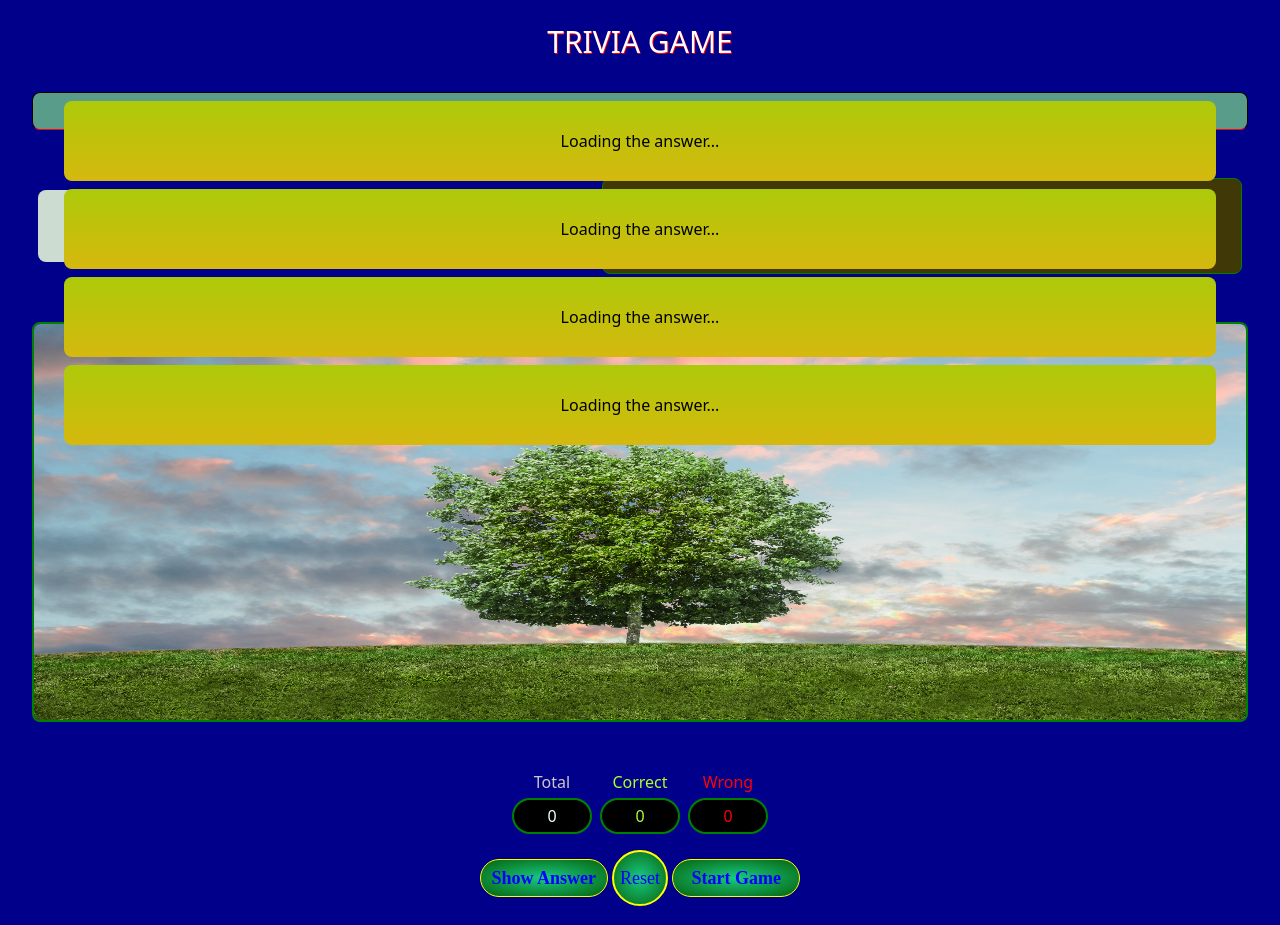
Repository: ShindanoSingi/bembe-trivia
Page: index.html
An editor plug-in stored every save of this project. The page is shown before and after the next save, followed by the edit.
The browser window is 1280 px wide. The pictures show the whole page.
Some web libraries are served in a nearby version.

Above is the page before, as saved 2022-09-08 01:18:01.

### index.html
<!DOCTYPE html>
<html lang="en">

    <head>
        <meta charset="UTF-8">
        <meta http-equiv="X-UA-Compatible" content="IE=edge">
        <meta name="viewport" content="width=device-width, initial-scale=1.0">
        <link rel="stylesheet" href="style.css">
        <script src="https://cdn.tailwindcss.com"></script>
        <title>Trivia Game</title>
    </head>

    <body class="">
        <div class="containerBox max-h-[100vh] my-2 flex flex-col gap-[3rem]">
            <h1 class="text-center text-3xl relative top-4" >TRIVIA GAME</h1>
            <div class="questionBox text-center w-[95vw] md:text-lg px-2 h-[6.5rem] p-1 mx-auto rounded-lg">
                Please select one of question difficulties, then click on start the game button.
            </div>
            <div class="category-and-difficulty-container items-center justify-around flex">
                <div class="category-container w-[38vw] h-[4.5rem] bg-[#CDDCD1] flex items-center flex-col py-[0.3rem] rounded-lg">
                    <div class="labelCategory text-sm md:text-lg font-bold md:font-bold text-black">CATEGORY</div>
                    <div class="category text-sm md:text-lg text-center p-1 rounded-lg">
                        Loading category...
                    </div>
                </div>
                <div class="qDifficultyBox w-[50vw] pb-1 rounded-lg items-center flex h-[4.5rem] md:h-[6rem] justify-around flex-col">
                        <div id="question" class="qCat md:text-lg text-sm">QUESTION DIFFICULTY</div>
                        <div class="difficulties-container md:flex md:space-x-6 flex gap-1">
                            <button class="difficulty px-1.5 md:w-[6rem] text-sm md:text-lg rounded-full" id="easy">Easy</button>
                            <button class="difficulty md:w-[6rem] px-1.5 rounded-full md:text-lg text-sm" id="medium">Medium</button>
                            <button class="difficulty md:w-[6rem] px-1.5 text-sm md:text-lg rounded-full" id="hard">Hard</button>
                    </div>
                </div>
            </div>
            <div class="imgAndQuestions">
                <img class="w-[95vw] h-[25rem] mx-auto" src="pexels-skitterphoto-9198.jpg" alt="nature image">
                <div class="answersButtons absolute bottom-[17.2rem] ml-[5vw] flex space-y-2 items-center  flex-col">
                    <button class="showAnswer w-[90vw] p-1 absolute bottom-[17rem] mx-auto text-sm h-[5rem]">Loading the answer...</button>
                    <button class="response w-[90vw] p-1 text-center text-md h-[5rem]" id="response1">Loading the answer...</button>
                    <button class="response w-[90vw] p-1 text-md h-[5rem]" id="response2">Loading the answer...</button>
                    <button class="response w-[90vw] p-1 text-md h-[5rem]" id="response3">Loading the answer...</button>
                    <button class="response w-[90vw] p-1 text-md h-[5rem]" id="response4">Loading the answer...</button>
                    </div>
                </div>

            <div id="bottomPart" class="flex  mx-auto flex-col items-center gap-4">
                <div class="labelsAndButtons relative left-1 flex space-x-2">
                    <div class="question-number flex flex-col items-center">
                        <p class="labels pb-1" id="labelQ">Total</p>
                        <div class="bottombuttons w-[5rem] text-center py-1" id="questionNumber">0</div>
                    </div>
                    <div class="correct-answers flex flex-col items-center">
                        <p class="labels pb-1" id="labelC">Correct</p>
                        <div class="bottombuttons w-[5rem] text-center py-1" id="correct">0</div>
                    </div>
                    <div class="wrong-answers flex flex-col items-center">
                        <p class="labels pb-1" id="labelW">Wrong</p>
                        <div class="bottombuttons w-[5rem] text-center py-1" id="wrong">0</div>
                    </div>
                    <div class="timerQuestionCorrectWrong"></div>
                </div>
                <div class="threeBottomButtons">
                    <button class="w-[8rem] text-lg py-1" id="showAnswer">Show Answer</button>
                    <button class="reset text-lg p-1 w-[3.5rem] h-[3.5rem] rounded-full">Reset</button>
                    <button class="startGame text-lg w-[8rem] py-1">Start Game</button>
                </div>
            </div>
            </div>
        <script src="./script.js"></script>
    </body>
</html>

### style.css

/* iPhone 8 and smaller */

    /*  Set h1 text to red */
    h1 {
        color: #fff;
        text-shadow: 0.05rem 0.05rem red;
    }

    /* The box containing the question */
    .questionBox {
        color: rgb(0, 0, 0);
        border: 0.02rem solid;
        background-color: rgb(89, 156, 138);
        border-bottom-color: red;
    }

    /* Label for category */
    .labelCategory {
        color: white;
    }

    /* The show answer message box */
    .showAnswer {
        color: honeydew;
        visibility: hidden;
        border: 0.1rem solid green;
        border-radius: 0.5rem;
        background-color:rgb(2, 27, 3);
    }
    /*  Individual difficulty button */
    .difficulty {
        background-image: linear-gradient(rgb(16, 221, 142), rgb(4, 58, 7));
        border: 0.2rem solid rgb(21, 139, 35);
        color: white;
    }

    /*  Class containing all difficulty buttons */
    .difficulties-container {
        border-color: green;
    }
    /* The box containing difficulty buttons */
    .qDifficultyBox {
        border: 0.14vh solid green;
        background-color: rgb(65, 56, 8);
        color: white;
    }

    /* image */
    img {
        border: 0.15rem solid green;
        border-radius: 0.5rem;
    }
    /* all response buttons */
    .response {
        border-color: green;
        background-image: linear-gradient(rgb(173, 202, 9), rgb(214, 184, 14));
        color: black;
        border-radius: 0.5rem;
    }
    /* All response buttons */
    .response:hover {
        background-image: linear-gradient(rgb(32, 90, 165), rgb(72, 168, 192));
    }

    /* Show answer button */
    #showAnswer {
        color: blue;
        border: 0.54vh solid green;
        border: 0.27vh solid yellow;
        border-radius: 20rem;
        font-family: cursive;
        font-weight: bold;
        background-image: radial-gradient(rgb(25, 201, 133), rgb(6, 99, 10));
    }
    #showAnswer:hover {
        background-image: radial-gradient(rgb(201, 25, 25), rgb(93, 99, 6));
        color: white;
    }
    /* Start game button */
    .startGame {
        color: blue;
        border: 0.54vh solid green;
        border: 0.27vh solid yellow;
        border-radius: 20rem;
        font-family: cursive;
        font-weight: bold;
        background-image: radial-gradient(rgb(25, 201, 133), rgb(6, 99, 10));
    }
    /* Start game button */
    .startGame:hover {
        background-image: radial-gradient(rgb(201, 25, 25), rgb(93, 99, 6));
        color: white;
    }
    /* Reset button */
    .reset {
        color: blue;
        border: 0.5rem solid green;
        border: 0.15rem solid yellow;
        font-family: cursive;
        background-image: radial-gradient(rgb(25, 201, 133), rgb(6, 99, 10));
    }
    /* Reset button */
    .reset:hover {
        background-image: radial-gradient(rgb(201, 25, 25), rgb(93, 99, 6));
        color: white;
    }

    /* Class containing the 3 bottom labels  (total questions, correct answers and wrong answers) */
    .question-number {
        color: rgb(205, 200, 200);
    }

    .correct-answers {
        color: greenyellow;
    }

    .wrong-answers {
        color: red;
    }

    /* The bottom boxes for total question number, correct answers and wrong answers */
    .bottombuttons {
        border: 0.15rem solid green;
        background-color: black;
        color: honeydew;
        border-radius: 2rem;
    }

    /* Set the wrong anser to red */
    #wrong {
        color: rgb(255, 0, 0);
    }
    /* Set the correct anser to green */
    #correct {
        color: greenyellow;
    }

    /* Change the color when "easy" button is hovered over */
    #easy:hover {
        background-image: linear-gradient(rgb(202, 9, 9), rgb(214, 184, 14));
    }
    /* Change the color when "easy" button is hovered over */
    #medium:hover {
        background-image: linear-gradient(rgb(202, 9, 9), rgb(214, 184, 14));
    }
    /* Change the color when "easy" button is hovered over */
    #hard:hover {
        background-image: linear-gradient(rgb(202, 9, 9), rgb(214, 184, 14));
    }

    body {
      background-color: darkblue;
    }

### script.js
// Declaring variables

// Capture win window
let winWindow = document.querySelector('.win');

// Declae win reset button
let winResetButton = document.querySelector('.winReset');

// define lose reset button
let loseResetButton = document.querySelector('.loseReset');

// define lose window
let loseWindow = document.querySelector('.lose');

// define win image
let winImage = document.querySelector('.winImage')

// define a message if the payer loses the game
let loseMessage = document.querySelector('#losePar');

// define
let video = document.querySelector('#myVideo');

// Get Body content
let body = document.querySelector('body');

// This will hold category information
let category = document.querySelector('.category');

// This will hold the question
let question = document.querySelector('.questionBox');

// This is for all response buttons
let answerButtons = document.querySelector('.answersButtons');

// Define difficulty buttons
let difficultyButtons = document.querySelector('.difficulties-container');

// Define image
let image = document.querySelector('img');

// Define audio button
let audioButton = document.querySelector('.audio');

// Declaring individual difficulty buttons
let easyButton = document.querySelector('#easy');
let mediumButton = document.querySelector('#medium');
let hardButton = document.querySelector('#hard');

// This is for individual responses
let response1 = document.querySelector('#response1');
let response2 = document.querySelector('#response2');
let response3 = document.querySelector('#response3');
let response4 = document.querySelector('#response4');

// Define the total number of questions' box.
let totNumQuestionsBox = document.querySelector('#questionNumber');

// This will hold number of correct answers
let cAnswer = document.querySelector('#correct');

// This will hold number of wrong answers
let wAnswer = document.querySelector('#wrong');

// Define the "show answer" button
let showAnswerButton = document.querySelector('#showAnswer');

let corrAnswer;

// Create new audio objects
// Code source: https://www.w3schools.com/jsref/met_audio_play.asp
let audio = new Audio('general-logo-13395.mp3');

let questionscoreCount = 0;
let correctAnswerScoreCount = 0;
let wrongAnswerscoreCount = 0;
let scoreCount = 0;
let clear = '';
let difficulty = '';

// Set winning scoreCount
let winningscoreCount = 6;

let highscoreCount = 0;

let startGame = document.querySelector('.startGame');

// Takes the response from fetch
let triviaQuestion;

// Define a global url which will be accessed by multiple functions
let url;

// Array of all Images/jpg
// https://www.pexels.com/search/environment/
let arrayImages = [];
arrayImages.push('pexels-ákos-szabó-440731.jpg');
arrayImages.push('pexels-atikul-haque-rafat-679598.jpg');
arrayImages.push('pexels-felix-mittermeier-957024.jpg');
arrayImages.push('pexels-ian-turnell-709552.jpg');
arrayImages.push('pexels-karolina-grabowska-5750182.jpg');
arrayImages.push('pexels-mahima-1250260.jpg');
arrayImages.push('pexels-mali-maeder-142497.jpg');
arrayImages.push('pexels-matthias-cooper-580900.jpg');
arrayImages.push('pexels-min-an-1131458.jpg');
arrayImages.push('pexels-minamarie-michell-570041.jpg');
arrayImages.push('pexels-olya-kobruseva-5236397.jpg');
arrayImages.push('pexels-pixabay-33044.jpg');
arrayImages.push('pexels-pixabay-221012.jpg');
arrayImages.push('pexels-pixabay-235615.jpg');
arrayImages.push('pexels-pixabay-259280.jpg');
arrayImages.push('pexels-pixabay-302804.jpg');
arrayImages.push('pexels-pixabay-414090.jpg');
arrayImages.push('pexels-pixabay-459225.jpg');
arrayImages.push('pexels-pixabay-459225.jpg');
arrayImages.push('pexels-pixabay-460621.jpg');
arrayImages.push('pexels-scott-webb-1048033.jpg');
arrayImages.push('pexels-skitterphoto-9198.jpg');
arrayImages.push('pexels-sohail-na-807598.jpg');

// for correct and wrong answer song; source code:
// https://www.dreamstime.com/stock-music-sound-effect/wrong-answer-answer.html

// Reset the game when the "Reset" button is clicked
let resetButton = document.querySelector('.reset');
resetButton.addEventListener('click', () => {

    // Code source: https://www.w3schools.com/jsref/met_audio_play.asp
    audio.volume = 0.2;

    // Refresh the page/window
    window.location.reload();
});

// Assign color to all answer buttons and call "play" function
let startButton = () => {

    // Increament the score count.
    scoreCount++;

    // Select all responses buttons.
    let responses = document.querySelectorAll('.response');
    responses.forEach(response => {
        response.style.backgroundImage = 'linear-gradient(rgb(173, 202, 9), rgb(57, 14, 214));'
    })

    // When the "Start The Game" button is presNexted, Call "play" function
    play();
}

// Select difficulty buttons
difficultyButtons.addEventListener('click', e => {

    // Target the element/button by its id.
    difficulty = e.target.id;

    // Only change the color "easy" button is selected, then enable "Start The Game"
    if (difficulty === 'easy') {

        // Only change the background of "easy button" to a different color, and let other bottons'
        // colors unchanged.
        e.target.style.backgroundImage = 'linear-gradient(rgb(9, 25, 202), rgb(81, 14, 214))';
        mediumButton.style.backgroundImage = `linear-gradient(rgb(16, 221, 142), rgb(4, 58, 7))`;
        hardButton.style.backgroundImage = `linear-gradient(rgb(16, 221, 142), rgb(4, 58, 7))`;

        // Start the Game when "Start The Game" is clicked
        let startGame = document.querySelector('.startGame');
        startGame.addEventListener('click', () => {
            startButton();
        });
    }

    // Only change the color "medium" button is selected, then enable "Start The Game"
    else if (difficulty === 'medium') {

        // Only change the background of "medium button" to a different color, and let other bottons'
        // colors unchanged.
        e.target.style.backgroundImage = 'linear-gradient(rgb(9, 25, 202), rgb(81, 14, 214))';
        easyButton.style.backgroundImage = `linear-gradient(rgb(16, 221, 142), rgb(4, 58, 7))`;
        hardButton.style.backgroundImage = `linear-gradient(rgb(16, 221, 142), rgb(4, 58, 7))`;

        // Start the Game when "Start The Game" is clicked
        startGame.addEventListener('click', () => {
            startButton();
        });
    }

    // Only change the color "hard" button is selected, then enable "Start The Game"
    else if (difficulty === 'hard') {

        // Only change the background of "hard button" to a different color, and let other bottons'
        // colors unchanged.
        e.target.style.backgroundImage = 'linear-gradient(rgb(9, 25, 202), rgb(81, 14, 214))';
        mediumButton.style.backgroundImage = `linear-gradient(rgb(16, 221, 142), rgb(4, 58, 7))`;
        easyButton.style.backgroundImage = `linear-gradient(rgb(16, 221, 142), rgb(4, 58, 7))`;



        // Start the Game when "Start The Game" is clicked
        startGame.addEventListener('click', () => {
            startButton();
        });
    }

    // Return the value of the chosen difficulty button.
    return difficulty;
})



// Play the game when the start game button is click.
function play() {

    // Define and get a random number
    // Source: https://www.w3schools.com/jsref/jsref_random.asp
    let randomQuestion = Math.floor(Math.random() * 10 + 9);

    // Get the question from the API
    // Source: https://opentdb.com/api_config.php
    url = `https://opentdb.com/api.php?amount=50&difficulty=${difficulty}&type=multiple`

    // Define an empty array that will hold the correct answer and 3 wrong answers
    let arr = [];

    // fetch the the result for the above url.
    fetch(url)
        .then(res => {
            return res.json()
        })

        .then(res => {

            triviaQuestion = res;

            // Capture the correct from the response
            corrAnswer = res.results[0].correct_answer;

            arr.push(res.results[0].correct_answer);
            arr.push(res.results[0].incorrect_answers[0])
            arr.push(res.results[0].incorrect_answers[2])
            arr.push(res.results[0].incorrect_answers[1])

            category.innerHTML = res.results[0].category
            question.innerHTML = res.results[0].question

            // Assigning answers to answers buttons
            response1.innerHTML = arr[0];
            response2.innerHTML = arr[1];
            response3.innerHTML = arr[2];
            response4.innerHTML = arr[3];

            // Shuffling the array to avoid answers pattern.
            for (let i = arr.length - 1; i > 0; i--) {
                let j = Math.floor(Math.random() * (i + 1))

                let tempNum = arr[i];
                arr[i] = arr[j];
                arr[j] = tempNum;
            }
        })
}


// Track the clicking event of each answerButton
answerButtons.addEventListener('click', (event) => {

    // Check if the selected answer is equal to correct answer
    if (event.target.innerText === triviaQuestion.results[0].correct_answer) {

        // Increment total number of question
        scoreCount++;

        // Increament the the number of correct answers.
        correctAnswerScoreCount++;

        // Write the correct answer in the correct answer box
        cAnswer.innerText = correctAnswerScoreCount;

        for (let i = arrayImages.length - 1; i > 0; i--) {
            let j = Math.floor(Math.random() * (i + 1))

            let tempNum = arrayImages[i];
            arrayImages[i] = arrayImages[j];
            arrayImages[j] = tempNum;
        }

        // Play a random video
        image.src = arrayImages[1];

        // Set the background of the correct answer to green
        event.target.style.backgroundImage = `linear-gradient(rgb(0, 255, 106),
        rgb(9, 106, 28))`;

        // Call the next question
        nextQuestion()
    }

    // Check if the selected answer is not equal to the correct answer
    else if (event.target.innerText !== triviaQuestion.results[0].correct_answer) {

        // Play this audio if the answer is incorrect
        let audioWrongAnswer = new Audio('wrongAnswer.mp3');


        for (let i = arrayImages.length - 1; i > 0; i--) {
            let j = Math.floor(Math.random() * (i + 1))

            let tempNum = arrayImages[i];
            arrayImages[i] = arrayImages[j];
            arrayImages[j] = tempNum;
        }

        // Play a random video
        image.src = arrayImages[0];

        // Incremment scoreCount
        scoreCount++;

        // Increament the the number of incorrect answers.
        wrongAnswerscoreCount++;

        // Set the background of the correct answer to red
        event.target.style.backgroundImage = 'linear-gradient(rgb(220, 7, 7), #fa0a0a)';

        // Write the incorrect answer in the wrong answer box
        wAnswer.innerHTML = wrongAnswerscoreCount;
    }

    // Call the next question
    nextQuestion();
})

// Refresh the window reset all numbers to 0 and all texts to empty.
function refreshWindow() {
    window.location.reload()
}

// This function runs when the player calls for the next question.
function nextQuestion() {


    // Source: https://www.w3schools.com/jsref/jsref_random.asp
    let randomQuestions = Math.floor(Math.random() * 10 + 9);

    let urlNext = `https://opentdb.com/api.php?amount=1&category=${randomQuestions}&type=multiple`

    let arrNext = [];

    fetch(urlNext)
        .then(resNext => {
            return resNext.json()
        })

        .then(resNext => {

            // Capture the correct from the response
            corrAnswer = resNext.results[0].correct_answer;

            // Assign the response from fetch to triviaQuestion
            triviaQuestion = resNext;

            arrNext.push(resNext.results[0].correct_answer);
            arrNext.push(resNext.results[0].incorrect_answers[0])
            arrNext.push(resNext.results[0].incorrect_answers[2])
            arrNext.push(resNext.results[0].incorrect_answers[1])

            // Shuffling the array to avoid answers pattern.
            // source: https://www.geeksforgeeks.org/how-to-shuffle-an-array-using-javascript/

            for (let i = arrNext.length - 1; i > 0; i--) {
                let j = Math.floor(Math.random() * (i + 1))

                let tempNums = arrNext[i];
                arrNext[i] = arrNext[j];
                arrNext[j] = tempNums;
            }

            // Assigning original coloanswers to answers buttons
            response1.innerHTML = arrNext[0];
            response1.style.backgroundImage = 'linear-gradient(rgb(173, 202, 9), rgb(57, 14, 214))'

            response2.innerHTML = arrNext[1];
            response2.style.backgroundImage = 'linear-gradient(rgb(173, 202, 9), rgb(57, 14, 214))'

            response3.innerHTML = arrNext[2];
            response3.style.backgroundImage = 'linear-gradient(rgb(173, 202, 9), rgb(57, 14, 214))'

            response4.innerHTML = arrNext[3];
            response4.style.backgroundImage = 'linear-gradient(rgb(173, 202, 9), rgb(57, 14, 214))'

            category.innerHTML = resNext.results[0].category
            question.innerHTML = resNext.results[0].question

            console.log(resNext.results[0])

        })
}

// Display the answer if the "show Andwer" button is clicked for 1 second, then hide the answer.
showAnswerButton.addEventListener('click', () => {
    let answerBox = document.querySelector('.showAnswer');

    setTimeout(function () {
        answerBox.style.visibility = 'visible';
        answerBox.style.zIndex = '100';

        answerBox.innerHTML = corrAnswer;
        //Hide the answer
        setTimeout(function () {
            answerBox.style.visibility = 'hidden';

        }, 1000)
    }, 1000)

    if (answerBox.innerHTML === 'undefined') {
        answerBox.innerHTML = "Loading the answer...";
    }
    else {
        answerBox.innerHTML = "Loading the answer...";
    }
})

After the next save:
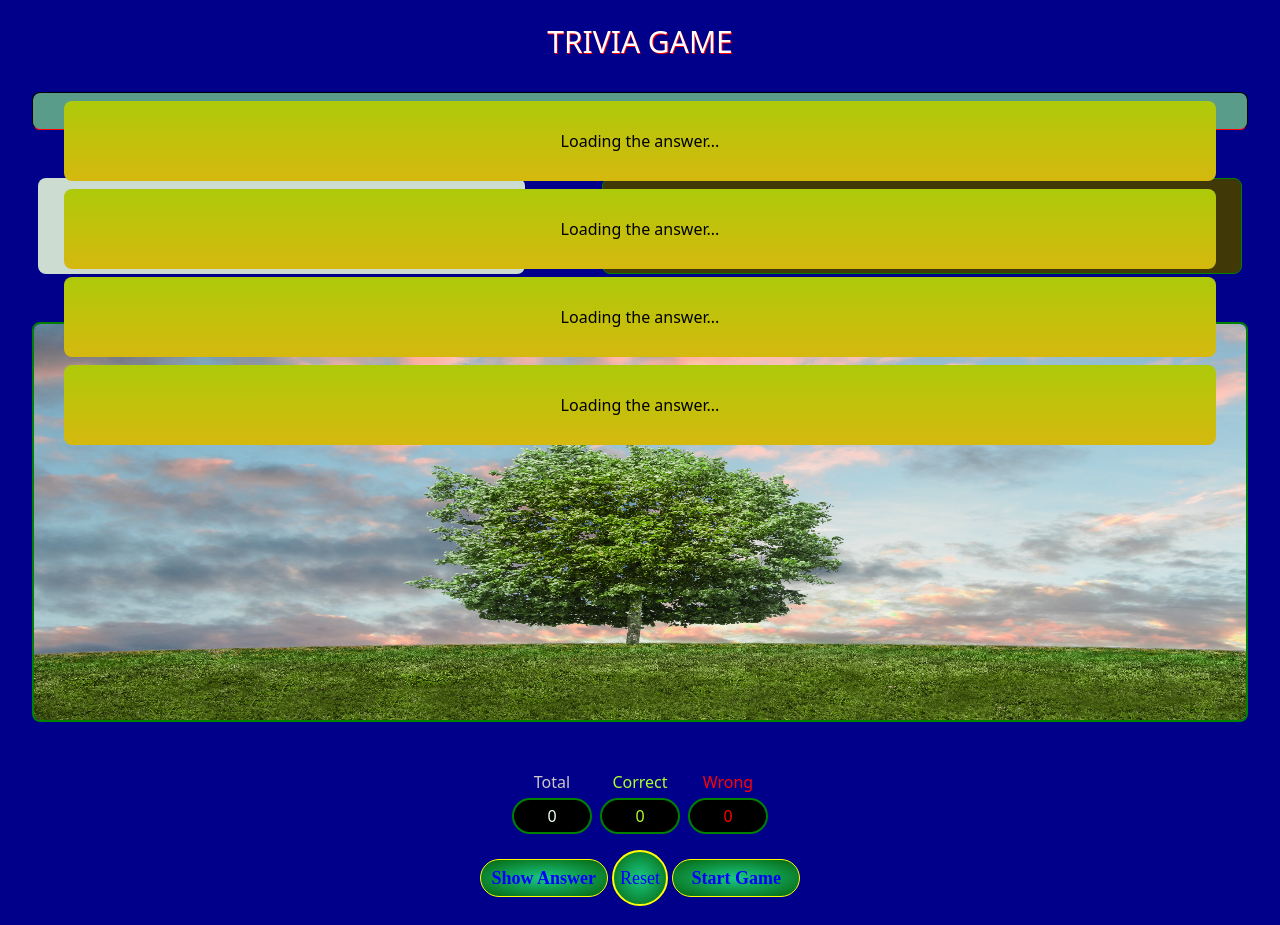
Saved 3 min 49 s later.
--- a/index.html
+++ b/index.html
@@ -17,7 +17,7 @@
                 Please select one of question difficulties, then click on start the game button.
             </div>
             <div class="category-and-difficulty-container items-center justify-around flex">
-                <div class="category-container w-[38vw] h-[4.5rem] bg-[#CDDCD1] flex items-center flex-col py-[0.3rem] rounded-lg">
+                <div class="category-container w-[38vw] md:h-[6rem] h-[4.5rem] bg-[#CDDCD1] flex items-center flex-col py-[0.3rem] rounded-lg">
                     <div class="labelCategory text-sm md:text-lg font-bold md:font-bold text-black">CATEGORY</div>
                     <div class="category text-sm md:text-lg text-center p-1 rounded-lg">
                         Loading category...
